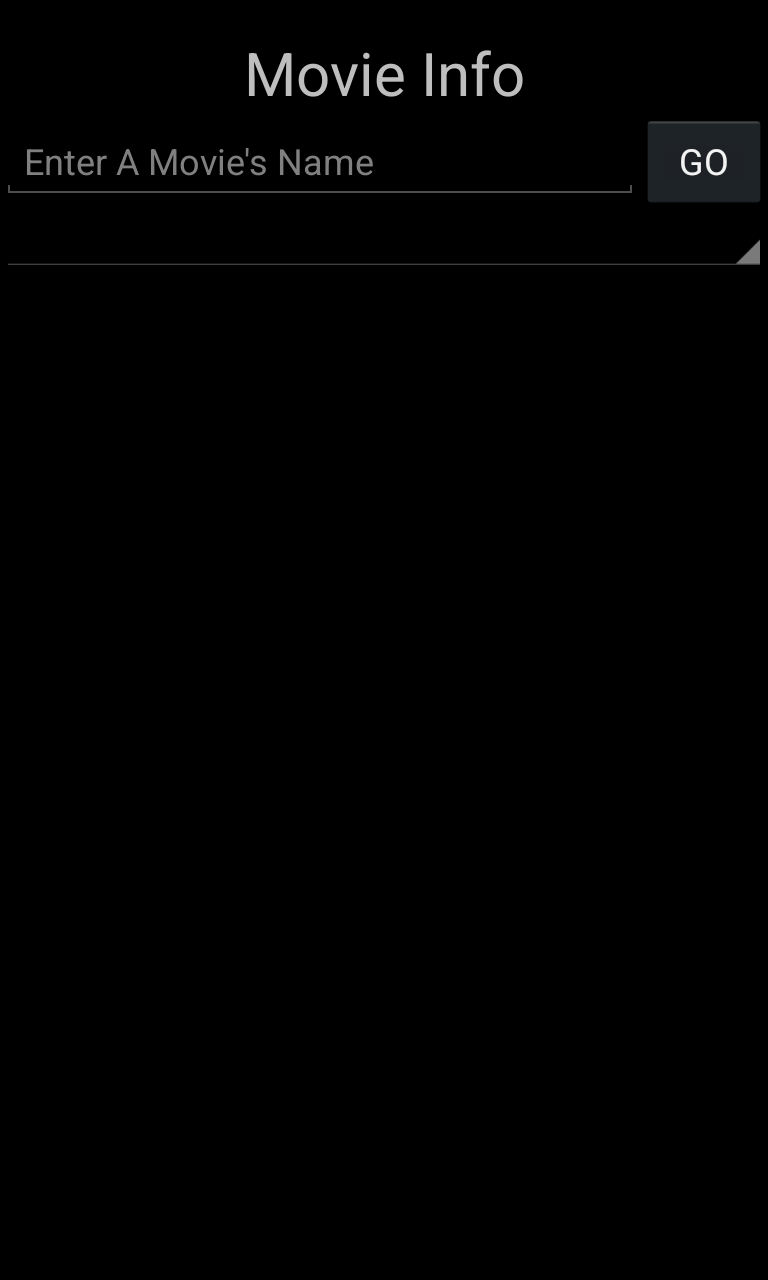
Repository: brandonfyia/Android
Layout: Java1Week2-4/res/layout/main.xml
The author's editor kept a copy of each file at every save. The layout is drawn from the files as they stood at one save, then again after the next save.
It is drawn on a 768 x 1280 px phone screen (xhdpi) without system bars, with theme AppTheme; the app's code is not run.

Above is the layout before, as saved 2013-05-31 01:24:17.

After the next save:
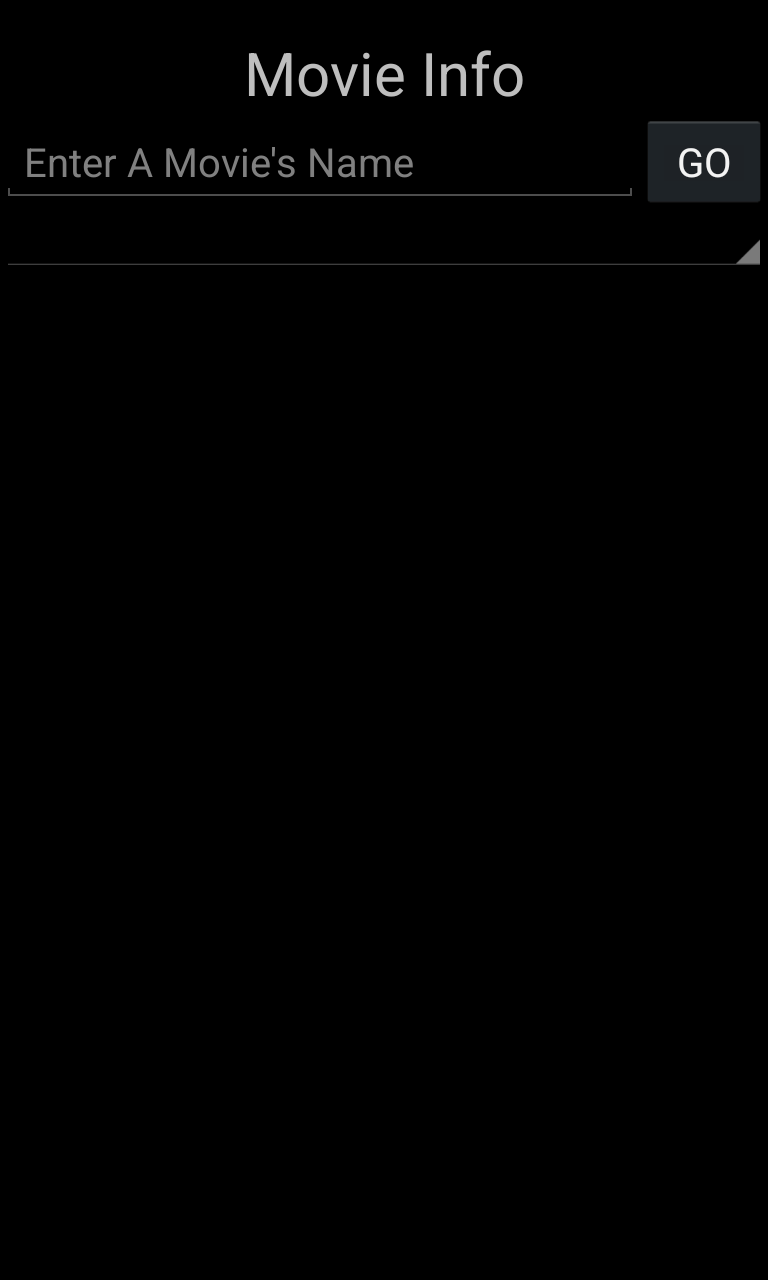
Saved 1 s later.
--- a/Java1Week2-4/res/values/styles.xml
+++ b/Java1Week2-4/res/values/styles.xml
@@ -1,10 +1,12 @@
 <resources xmlns:android="http://schemas.android.com/apk/res/android" xmlns:tools="http://schemas.android.com/tools">
 
-    <style name="AppTheme" parent="android:Theme.Holo"/>
+    <style name="AppTheme" parent="android:Theme.Holo">
+        <item name="android:textSize">20dip</item>
+        </style>
 
     <style name="BigCenteredText">
         <item name="android:textStyle">normal</item>
-        <item name="android:textSize" tools:ignore="SpUsage">30dp</item>
+        <item name="android:textSize" tools:ignore="SpUsage">30dip</item>
         <item name="android:gravity">center</item>
     </style>
 
